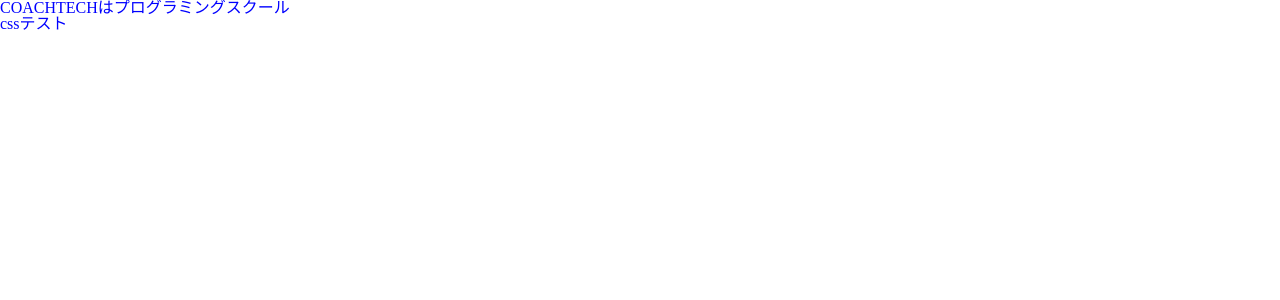
Repository: 9136424556/todo01
Page: coachtech/html-css/index.html
An editor plug-in stored every save of this project. The page is shown before and after the next save, followed by the edit.
The browser window is 1280 px wide. The pictures show the whole page.

Above is the page before, as saved 2023-11-26 12:30:07.

After the next save:
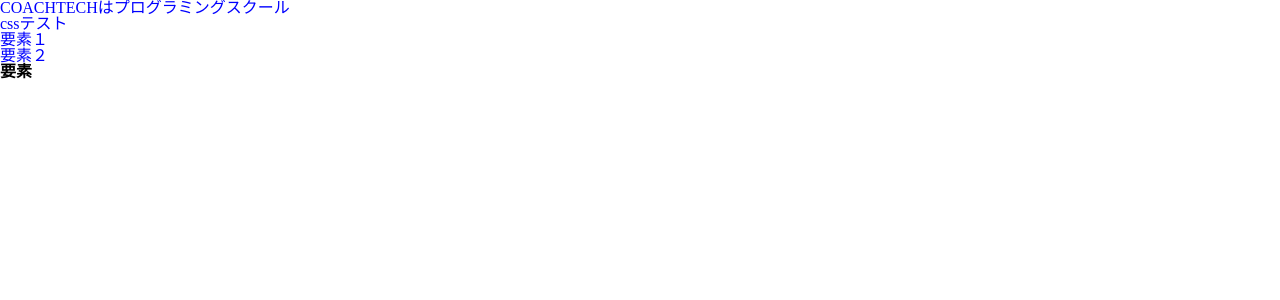
Saved 93 s later.
--- a/coachtech/html-css/index.html
+++ b/coachtech/html-css/index.html
@@ -13,4 +13,11 @@
         <!--以下の内容を追加します-->
        <p>cssテスト</p>
    </body>
+  <div>
+    <p>要素１</p>
+    <p>要素２</p>
+  </div>
+  <div class="title-wrap">
+    <h3 class="title">要素</h3>
+  </div>
 </html>
